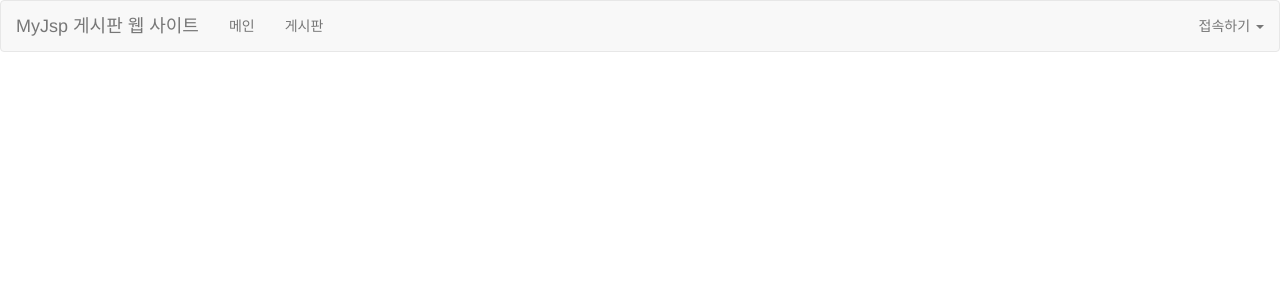
Repository: Ji3un/JspBoard
Page: http://localhost/BBS/join.jsp
The author's editor kept a copy of each file at every save. The page is drawn from the files as they stood at one save, then again after the next save.
The browser window is 1280 px wide. The pictures show the whole page.
Some web libraries are served in a nearby version. The page is served by Tomcat 9. Other server files are loaded and not shown.

Above is the page before, as saved 2017-10-03 10:37:40.

### BBS/WebContent/join.jsp
<%@ page language="java" contentType="text/html; charset=UTF-8"
    pageEncoding="UTF-8"%>
<!DOCTYPE html>
<html>
<head>
<meta name="viewport" content="width=device-width", initial-scale="1">
<meta http-equiv="Content-Type" content="text/html; charset=UTF-8">
<link rel="stylesheet" href="css/bootstrap.css">
<title>MyJsp 게시판</title>
</head>
<body>
	<nav class="navbar navbar-default">
		<div class="navbar-header">
			<button type="button" class="navbar-toggle collapsed"
			 data-toggle="collapse" data-target="#bs-example-navbar-collapse-1"
			 aria-expanded="false">
				<span class="icon-bar"></span>
				<span class="icon-bar"></span>
				<span class="icon-bar"></span>
			</button>
			<a class="navbar-brand" href="main.jsp">MyJsp 게시판 웹 사이트</a>
		</div>
		<div class="collapse navbar-collapse" id="#bs-example-navbar-collapse-1">
			<ul class="nav navbar-nav">
				<li><a href="main.jsp">메인</a></li>
				<li><a href="bbs.jsp">게시판</a></li>
			</ul>
			<ul class="nav navbar-nav navbar-right">
				<li class="dropdown">
					<a class="dropdown-toggle" data-toggle="dropdown"
					role="button" href="#" aria-haspopup="true" aria-expanded="false">
					접속하기 <span class="caret"></span>
					</a>
					<ul class="dropdown-menu">
						<li class="active"><a href="login.jsp">로그인</a></li>
						<li><a href="join.jsp">회원가입</a></li>
					</ul>
				</li>
			</ul>
		</div>
	</nav>
	<script src="https://code.jquery.com/jquery-3.2.1.min.js"></script>
	<script src="js/bootstrap.js"></script>
</body>
</html>

Loaded but not shown: BBS/WebContent/css/bootstrap.css (library); BBS/WebContent/js/bootstrap.js (library)

After the next save:
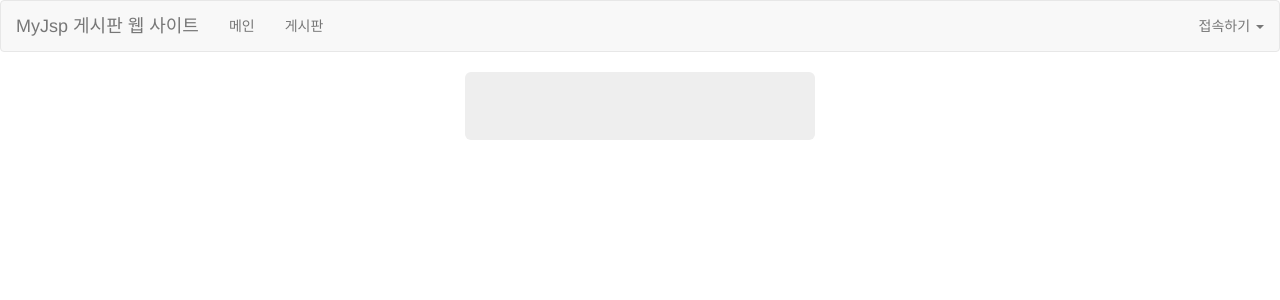
Saved 2 min 38 s later.
--- a/BBS/WebContent/join.jsp
+++ b/BBS/WebContent/join.jsp
@@ -39,6 +39,13 @@
 			</ul>
 		</div>
 	</nav>
+	<div class="container">
+		<div class="col-lg-4"></div>
+		<div class="col-lg-4">
+			<div class="jumbotron" style="padding-top:20px;"></div>
+		</div>
+		<div class="col-lg-4"></div>
+	</div>
 	<script src="https://code.jquery.com/jquery-3.2.1.min.js"></script>
 	<script src="js/bootstrap.js"></script>
 </body>
